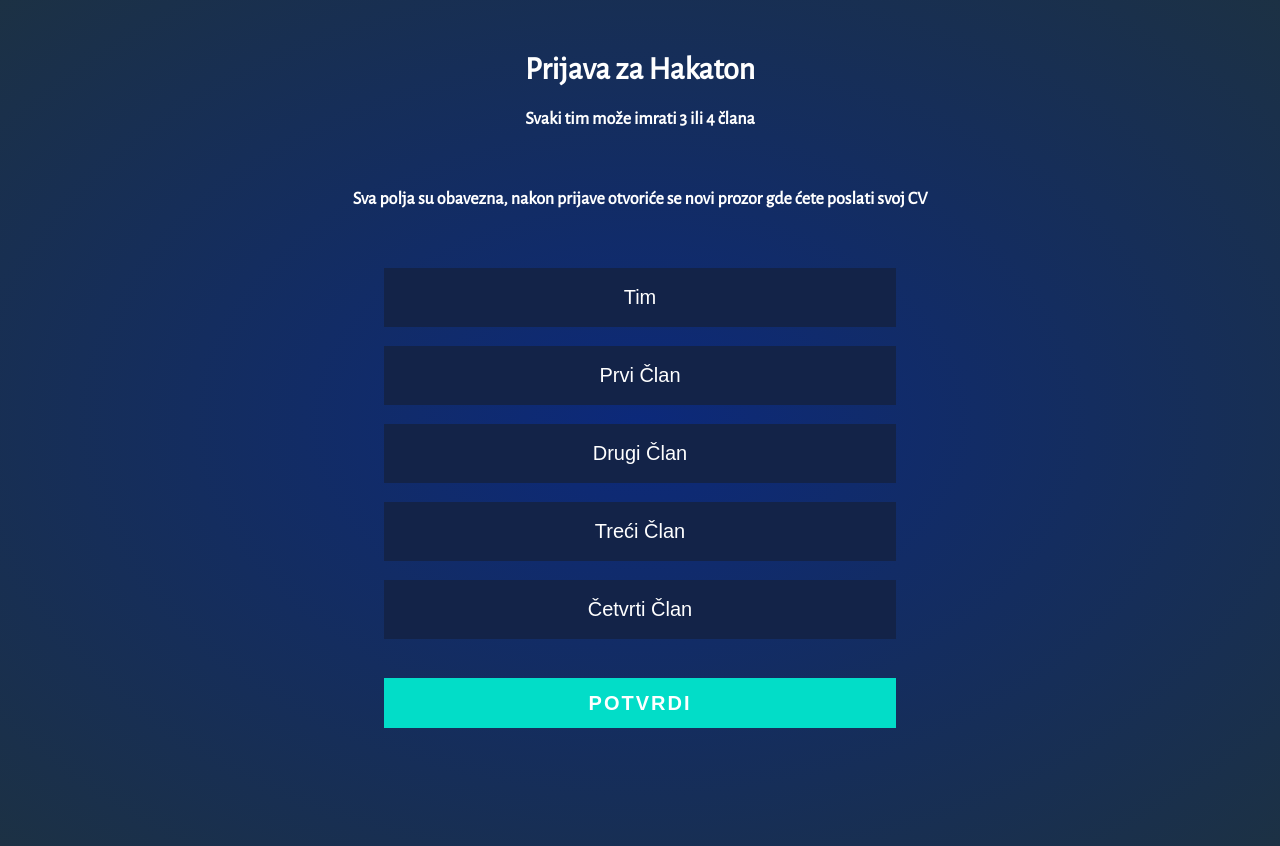
Repository: MilenaPetrovic/fonhakaton2019
Page: prijava/PrijaveHakaton.html
The author's editor kept a copy of each file at every save. The page is drawn from the files as they stood at one save, then again after the next save.
The browser window is 1280 px wide. The pictures show the whole page.
Some web libraries are served in a nearby version.

Above is the page before, as saved 2019-02-19 15:10:26.

### prijava/PrijaveHakaton.html
<!DOCTYPE html>
<html lang="en">
<head>
    <meta charset="UTF-8">
    <meta name="viewport" content="width=device-width, initial-scale=1.0">
    <meta http-equiv="X-UA-Compatible" content="ie=edge">
    <link rel="stylesheet" href="Prijave.css">
    <link href="https://fonts.googleapis.com/css?family=Alegreya+Sans" rel="stylesheet">
    <title>Prijava</title>
</head>
<body>

<h1>Prijava za Hakaton</h1>
<h3>Svaki tim može imrati 3 ili 4 člana</h3>
<h3>Sva polja su obavezna, nakon prijave otvoriće se novi prozor gde ćete poslati svoj CV</h3>

<form name="submit-to-google-sheet">
    <button type="button" class="collapsible">Tim</button>
    <div class="content">
        <div class="forma">
            <h2>Naziv tima:</h2>
            <input id="tim" name="naziv-tima" type="text" class="form-control" >
            <h2>Kako ste saznali za FON Hakaton?</h2>
            <textarea name="kako-ste-saznali" class="form-control" rows="3"></textarea>
            <h2>Da li ste učestvovali na sličnim takmičenjima? Ukoliko jeste, navedite na kojim i ukratko opišite iskustvo.</h2>
            <textarea name="iskustvo" class="form-control" rows="3"></textarea>
            <h2>Zašto ste se prijavili za FON Hakaton?</h2>
            <textarea name="zasto-ste-se-prijavili" class="form-control" rows="4" ></textarea>
            <h2>Navedite ključnu prednost i manu tima:</h2>
            <textarea name="prednost-mana" class="form-control" rows="3" ></textarea>
        </div>
    </div><br><br>

    <button type="button" class="collapsible">Prvi Član</button>
    <div class="content">
        <div class="forma">
            <h2>Ime i prezime</h2>
            <input id="name" name="ime-prezime1" type="text" class="form-control" >
            <h2>E-mail</h2>
            <input id="email1" name="email1" type="text" class="form-control" >
            <h2>Telefon</h2>
            <input name="telefon1" type="tel" class="form-control" >
            <h2>Fakultet/Srednja škola</h2>
            <input name="faks/skola1" type="text" class="form-control" >
            <h2>Godina studija/razred</h2>
            <input name="godina1" type="number" class="form-control" >
        </div>
    </div><br><br>

    <button type="button" class="collapsible">Drugi Član</button>
    <div class="content">
        <div class="forma">
            <h2>Ime i prezime</h2>
            <input name="ime-prezime2" type="text" class="form-control" >
            <h2>E-mail</h2>
            <input id="email2" name="email2" type="text" class="form-control" >
            <h2>Telefon</h2>
            <input name="telefon2" type="tel" class="form-control" >
            <h2>Fakultet/Srednja škola</h2>
            <input name="faks/skola2" type="text" class="form-control" >
            <h2>Godina studija/razred</h2>
            <input name="godina2" type="number" class="form-control" >
        </div>
    </div><br><br>

    <button type="button" class="collapsible">Treći Član</button>
    <div class="content">
        <div class="forma">
            <h2>Ime i prezime</h2>
            <input name="ime-prezime3" type="text" class="form-control" >
            <h2>E-mail</h2>
            <input id="email3" name="email3" type="email" class="form-control" >
            <h2>Telefon</h2>
            <input name="telefon3" type="tel" class="form-control" >
            <h2>Fakultet/Srednja škola</h2>
            <input name="faks/skola3" type="text" class="form-control" >
            <h2>Godina studija/razred</h2>
            <input name="godina3" type="number" class="form-control" >
        </div>
    </div><br><br>

    <button type="button" class="collapsible">Četvrti Član</button>
    <div class="content">
        <div class="forma">
            <h2>Ime i prezime</h2>
            <input name="ime-prezime4" type="text" class="form-control" >
            <h2>E-mail</h2>
            <input id="email4" name="email4" type="text" class="form-control" >
            <h2>Telefon</h2>
            <input name="telefon4" type="tel" class="form-control" >
            <h2>Fakultet/Srednja škola</h2>
            <input name="faks/skola4" type="text" class="form-control" >
            <h2>Godina studija/razred</h2>
            <input name="godina4" type="number" class="form-control" >
        </div>
    </div><br><br>

    <button id="dugme" type="submit" class="form-control submit" onclick="prijava();">POTVRDI</button>
    <h1 id="potvrda"></h1>
    <br><br>

</form>
<script src="https://code.jquery.com/jquery-2.1.1.min.js"></script>
<script src="PrijaveHakaton.js"></script>
<script>

function potvrda(){
    const scriptURL = 'https://script.google.com/macros/s/AKfycbxgH_Xq8de0HcJXcIGQgc8PqAEDzfhfFnNWLrZrLLU_c_zkAV9A/exec'
	const form = document.forms['submit-to-google-sheet']
	form.addEventListener("submit", e => {
		e.preventDefault()
		fetch(scriptURL, { method: 'POST', body: new FormData(form) })
			.then(response => console.log('Success!', response))
			.catch(error => console.error('Error!', error.message))
	})
}

function prijava(){
    if(document.getElementById("email1").value != '' &&
       document.getElementById("email2").value != '' ){
        potvrda();
        document.getElementById("potvrda").innerHTML ="Uspešno ste se prijavili";
        window.open('https://driveuploader.com/upload/37qMAd4w9h/');
        document.getElementById('dugme').style.display = 'none'
    } else{
        event.preventDefault();
        alert('Popunite sva polja');
    }
}

</script>

</body>
</html>

### prijava/Prijave.css
body{
    margin: 0;
    padding: 0;
    text-align: center;
    background-size: cover;
    background-position: center;
    font-family: 'Alegreya Sans', sans-serif;

    background-image: url(/img/Pozadina-12-12.jpg);
    background-repeat: no-repeat;

    background:
    radial-gradient(
        #0C297A,
        #1C3144
    );
}

textarea {
    resize: none;
    padding-left: 10px;
    padding-right: 10px;
    font-family: 'Alegreya Sans', sans-serif;
}

h1{
    margin-bottom: 20px;
    margin-top: 50px;
    color: #fff;
}

.form-control
{
    width: 600px;
    background: #02ddc74b;
    outline: none;
    border: 1px solid #02ddc8;
    color: #fff;
    font-size: 18px;
}

input
{
    height: 40px;
    padding-left: 10px;
    padding-right: 10px;
}

form .submit
{
    background: #02ddc8;
    border-color: transparent;
    color: #fff;
    font-size: 20px;
    font-weight: bold;
    letter-spacing: 2px;
    height: 50px;
    width: 40%;
    margin-top: 20px;
    margin-bottom: 30px;
}

form .submit:hover
{
    background-color: #01a595;
    cursor: pointer;
    transition: 0.2s;
}

h2 {
    font-size: 20px;
    color: #fff;
}

h3 {
    font-size: 18px;
    color: #fff;
    margin-bottom: 50px;
    margin-left: 20px;
    margin-right: 20px;
    height: 30px;
}

::placeholder {
    color: #02ddc8;
    font-family: 'Alegreya Sans', sans-serif;
}

.forma {
    width: 625px;
    text-align: left;
    margin: auto;
}

.cv {
    display: inline-block;
    padding: 6px 12px;
    cursor: pointer;
    background: #02ddc74b;
    outline: none;
    border: 1px solid #02ddc8;
    color: #fff;
    font-size: 18px;
}

.collapsible {
    background-color: #132348;
    color: white;
    cursor: pointer;
    padding: 18px;
    width: 40%;
    border: none;
    outline: none;
    font-size: 20px;
  }

.active, .collapsible:hover {
    background-color: #02ddc8;
    transition: 0.3s;
}

.content {
padding: 0 18px;
display: none;
overflow: hidden;
}

@media (max-width: 650px){

.content{
    width: 300px;
    padding: 0%;
    margin: auto;
}

h1{
    font-size: 25px;
}

h2{
    width: 300px;
    font-size: 17px;
}

.form-control, input{
    width: 285px;
    font-size: 15px;
    height: 30px;
    padding: 5px;
}

.collapsible, .submit {
    width: 300px;
    font-size: 17px;
    padding: 10px;;
}

h3{
    font-size: 15px;
}

}

### prijava/PrijaveHakaton.js
$(function () {
	//COLLAPSIBLE

	var coll = document.getElementsByClassName("collapsible");
	var i;
	var l;

	for (i = 0; i < coll.length; i++) {
		coll[i].addEventListener("click", function() {
		this.classList.toggle("active");
		var content = this.nextElementSibling;
		if (content.style.display === "block") {
			content.style.display = "none";
		} else {
			for (l =0 ; l < coll.length; l++){
				var cont = coll[l].nextElementSibling;
				cont.style.display = 'none'
			}
			content.style.display = "block";
		}
		});
	}

});

After the next save:
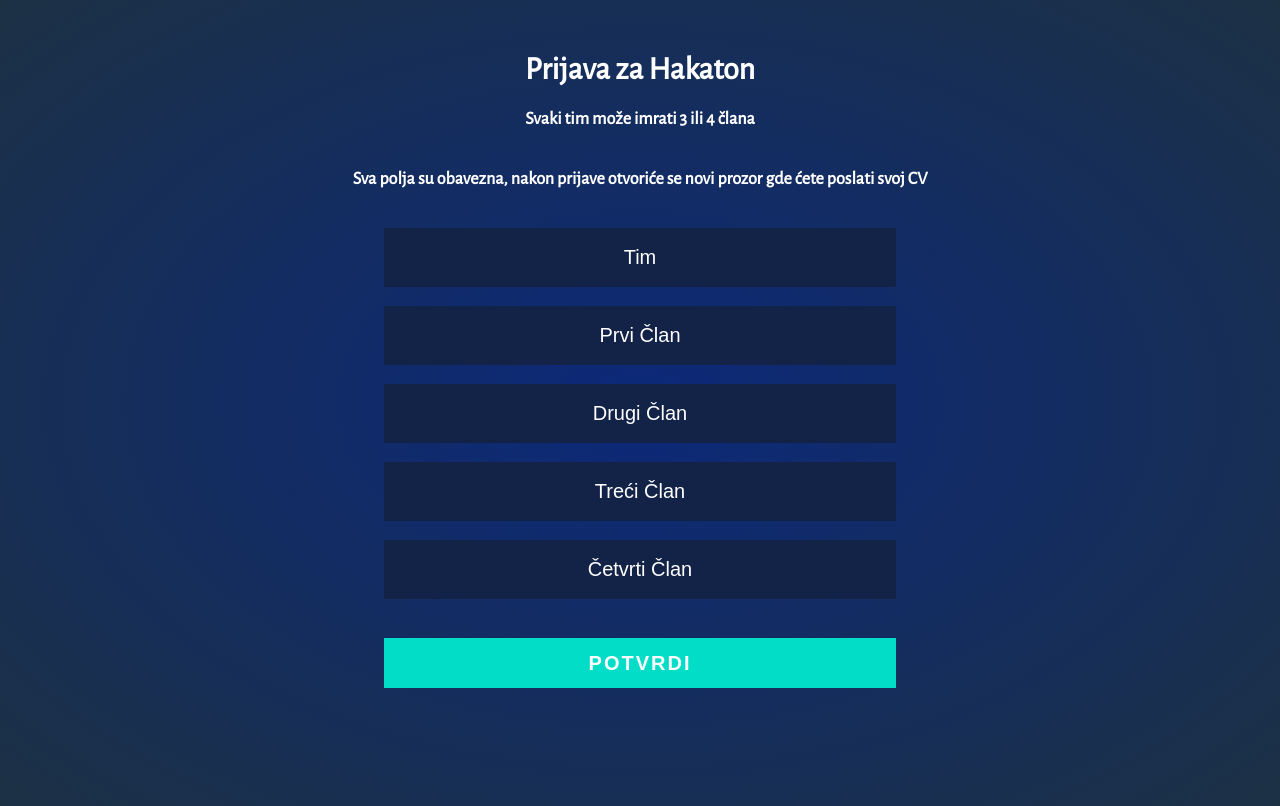
Saved 13 s later.
--- a/prijava/Prijave.css
+++ b/prijava/Prijave.css
@@ -78,7 +78,7 @@ h3 {
     margin-bottom: 50px;
     margin-left: 20px;
     margin-right: 20px;
-    height: 30px;
+    height: 10px;
 }
 
 ::placeholder {
